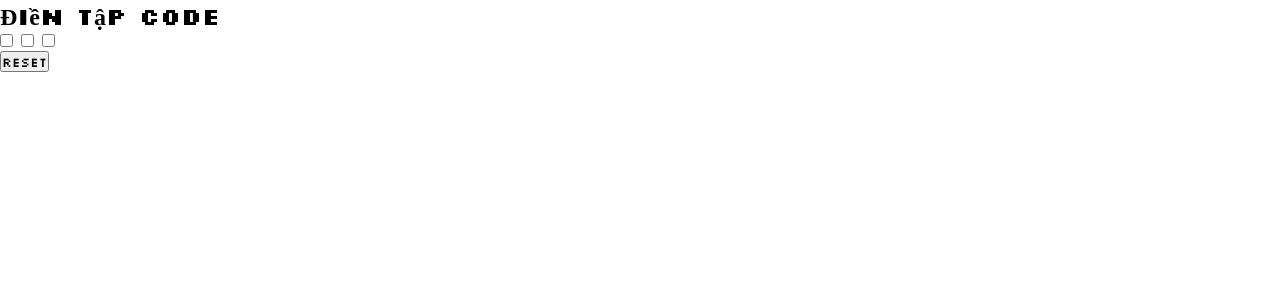
Repository: thanhdien235/matching-game
Page: matching-game/index.html
These files come from the project's save history. The page is drawn as it stood at one moment and after the next save; the edit follows.
The browser window is 1280 px wide. The pictures show the whole page.

Above is the page before, as saved 2022-10-09 20:45:12.

### matching-game/index.html
<!DOCTYPE html>
<html lang="en">
  <head>
    <meta charset="UTF-8" />
    <meta http-equiv="X-UA-Compatible" content="IE=edge" />
    <meta name="viewport" content="width=device-width, initial-scale=1.0" />
    <title>Matching</title>

    <link rel="stylesheet" href="main.css" />
  </head>
  <body>
    <h2>Điền tập code</h2>
    <div class="box">
      <label>
        <input type="checkbox" name="" id="chk1" />
        <i></i>
      </label>
      <label>
        <input type="checkbox" name="" id="chk2" />
        <i></i>
      </label>
      <label>
        <input type="checkbox" name="" id="chk3" />
        <i></i>
      </label>
    </div>
    <button class="reset">Reset</button>
  </body>
</html>

### matching-game/main.css
@import url("https://fonts.googleapis.com/css2?family=Silkscreen:wght@400;700&display=swap");
* {
  padding: 0;
  margin: 0;
  box-sizing: border-box;
  font-family: "Silkscreen", cursive;
}

After the next save:
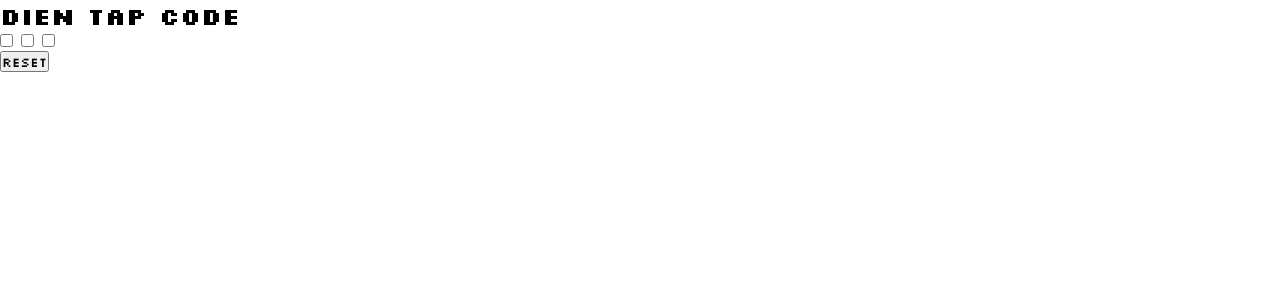
Saved 25 s later.
--- a/matching-game/index.html
+++ b/matching-game/index.html
@@ -9,7 +9,7 @@
     <link rel="stylesheet" href="main.css" />
   </head>
   <body>
-    <h2>Điền tập code</h2>
+    <h2>DIEN TAP CODE</h2>
     <div class="box">
       <label>
         <input type="checkbox" name="" id="chk1" />
